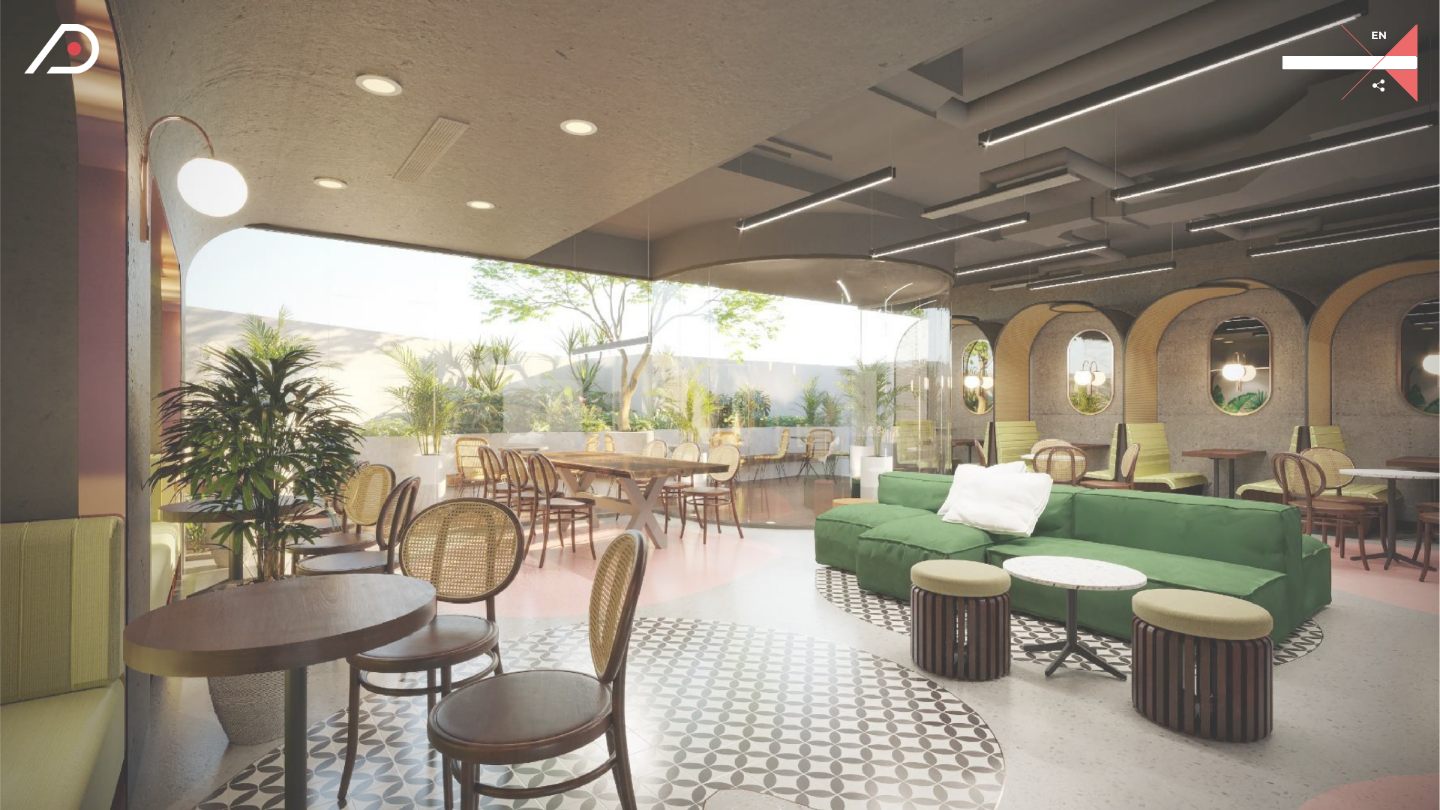
Repository: iphoneboy46/demoMonaFigma
Page: index.html
The author's editor kept a copy of each file at every save. The page is drawn from the files as they stood at one save, then again after a run of saves.
The browser window is 1280 px wide. The page is 1920 px wide, so the pictures cover 1920 px, including what lies to the right of the window. The pictures show the whole page, at 75% of full size.
Some web libraries are served in a nearby version.

Above is the page before, as saved 2023-03-20 12:48:51.

### index.html
<!DOCTYPE html>
<html lang="en">
  <head>
    <meta charset="UTF-8" />
    <meta http-equiv="X-UA-Compatible" content="IE=edge" />
    <meta name="viewport" content="width=device-width, initial-scale=1.0" />
    <title>Demo Page</title>
    <link rel="stylesheet" href="style.css" />
    <link rel="preconnect" href="https://fonts.googleapis.com" />
    <link rel="preconnect" href="https://fonts.gstatic.com" crossorigin />
    <link
      href="https://fonts.googleapis.com/css2?family=Montserrat:wght@400;700&display=swap"
      rel="stylesheet"
    />
    <link
      rel="stylesheet"
      href="https://cdnjs.cloudflare.com/ajax/libs/font-awesome/6.3.0/css/all.min.css"
      integrity="sha512-SzlrxWUlpfuzQ+pcUCosxcglQRNAq/DZjVsC0lE40xsADsfeQoEypE+enwcOiGjk/bSuGGKHEyjSoQ1zVisanQ=="
      crossorigin="anonymous"
      referrerpolicy="no-referrer"
    />
  </head>
  <body>
    <header>
      <div class="header_top">
        <div class="header_top-logo">
          <img src="image/Layer 2 1.png" alt="" />
        </div>
        <div class="header_top-menu">
          <ul class="header_top-menu--list">
            <li class="header_top-menu--items">
              <div class="arrow-down">
                <div class="header_menu--item-1">EN</div>
              </div>
            </li>
            <li class="header_top-menu--items">
              <div class="arrow-right">
                <input  type="text">
                <i class="fa-solid fa-magnifying-glass header_menu--item-2"></i>
              </div>
            </li>
            <li class="header_top-menu--items">
              <div class="arrow-left">
                <i class="fa-solid fa-bars header_menu--item-3"></i>
              </div>
            </li>
            <li class="header_top-menu--items">
              <div class="arrow-up">
                <img
                  class="header_menu--item-4"
                  src="image/path2191.png"
                  alt=""
                />
              </div>
            </li>
          </ul>
        </div>
      </div>
    </header>
    <script src="index.js"></script>
  </body>
</html>

### style.css
* {
    padding: 0;
    margin: 0;
    box-sizing: border-box;
}

body {
    width: 1920px;
    margin: 0 auto;
}

:root {
    --color-main: #e84545;
}

header {
    width: 1920px;
    height: 1080px;
    background: url(./image/img-pip@2x\ 1.png);
    background-size: 100%;
    background-repeat: no-repeat;
    opacity: 80%;
    z-index: 1;
    font-family: "Montserrat", sans-serif;
}

header::after {
    content: "";
    width: 100%;
    height: 100%;
    background-image: radial-gradient(rgba(0, 0, 0, 0) 0%, #000000 100%);
    z-index: 10;
}

.header_top {
    display: flex;
    justify-content: space-between;
    padding: 32px;
}
.header_top-logo {
}

.header_top-menu--list {
    color: white;
    list-style: none;
    position: relative;
    padding-right: 50px;
}

.header_top-menu--list::before {
    content: "";
    display: block;
    position: absolute;
    width: 141px;
    height: 1px;
    top: 0px;
    left: -120px;
    transform: rotate(45deg) translate(50%, 50%);
    background-color: var(--color-main);
}

.header_top-menu--list::after {
    content: "";
    display: block;
    position: absolute;
    width: 141px;
    height: 1px;
    top: 100px;
    left: -120px;
    transform: rotate(-45deg) translate(50%, 50%);
    background-color: var(--color-main);
}

.header_top-menu--items {
    position: relative;
    cursor: pointer;
}



.arrow-down {
    width: 0;
    height: 0;
    z-index: 1;
    border-top: 52px solid transparent;
    border-right: 52px solid transparent;
    border-left: 52px solid transparent;
    position: absolute;
    left: -104px;
    top: -26px;
    transform: translate(50%, 50%);
    transition: all linear 0.5s;

}

/* .header_top-menu--items:hover > .arrow-down{
    border-top: 52px solid red;
} */

.arrow-up {
    width: 0;
    height: 0;
    border-bottom: 52px solid transparent;
    border-right: 52px solid transparent;
    border-left: 52px solid transparent;
    position: absolute;
    transform: translate(50%, 50%);
    left: -103px;
    top: 25px;

    transition: all linear 0.5s;
}

/* .header_top-menu--items:hover > .arrow-up{
    border-bottom: 52px solid red;
} */

.arrow-left {
    width: 0;
    height: 0;
    border-top: 52px solid transparent;
    border-bottom: 52px solid transparent;
    border-left: 52px solid transparent;
    position: absolute;
    transform: translate(50%, 50%);
    top: -50px;
    left: -75px;
    transition: all linear 0.5s;

}
/*
.header_top-menu--items:hover > .arrow-left{
    border-left: 52px solid red;
} */

.arrow-right {
    width: 0;
    height: 0;
    border-top: 52px solid transparent;
    border-bottom: 52px solid transparent;
    border-right: 52px solid #E84545;
    position: absolute;
    right: -52px;

    transition: all linear 0.5s;

}

.arrow-right > input{
    position: absolute;
    top: -10px;
    right: -52px;

}

/* .header_top-menu--items:hover > .arrow-right{
    border-right: 52px solid red;
} */

.header_menu--item-1 {


    position: absolute;
    top: -85px;
    left: -50px;
    transform: translate(50%, 50%);
    color: white;
    font-size: 14px;
    font-weight: 700;
    padding: 15px;
    z-index: 10;
}

.header_menu--item-2 {
    position: absolute;
    top: -45px;
    left: -80px;
    transform: translate(50%, 50%);
    color: white;

    font-size: 14px;
    font-weight: 700;
    padding: 15px;
    z-index: 10;
}

.header_menu--item-3 {
    position: absolute;
    top: -45px;
    right: -35px;
    transform: translate(50%, 50%);
    color: white;
    font-size: 14px;
    font-weight: 700;
    padding: 15px;
    z-index: 10;
}

.header_menu--item-4 {
    position: absolute;


    top: -15px;
    left: -47px;
    transform: translate(50%, 50%);
    color: white;
    font-size: 14px;
    font-weight: 700;
    padding: 15px;
    z-index: 10;
}

Loaded but not shown: index.js (no stored copy; drawn as an empty file)

After the next 2 saves:
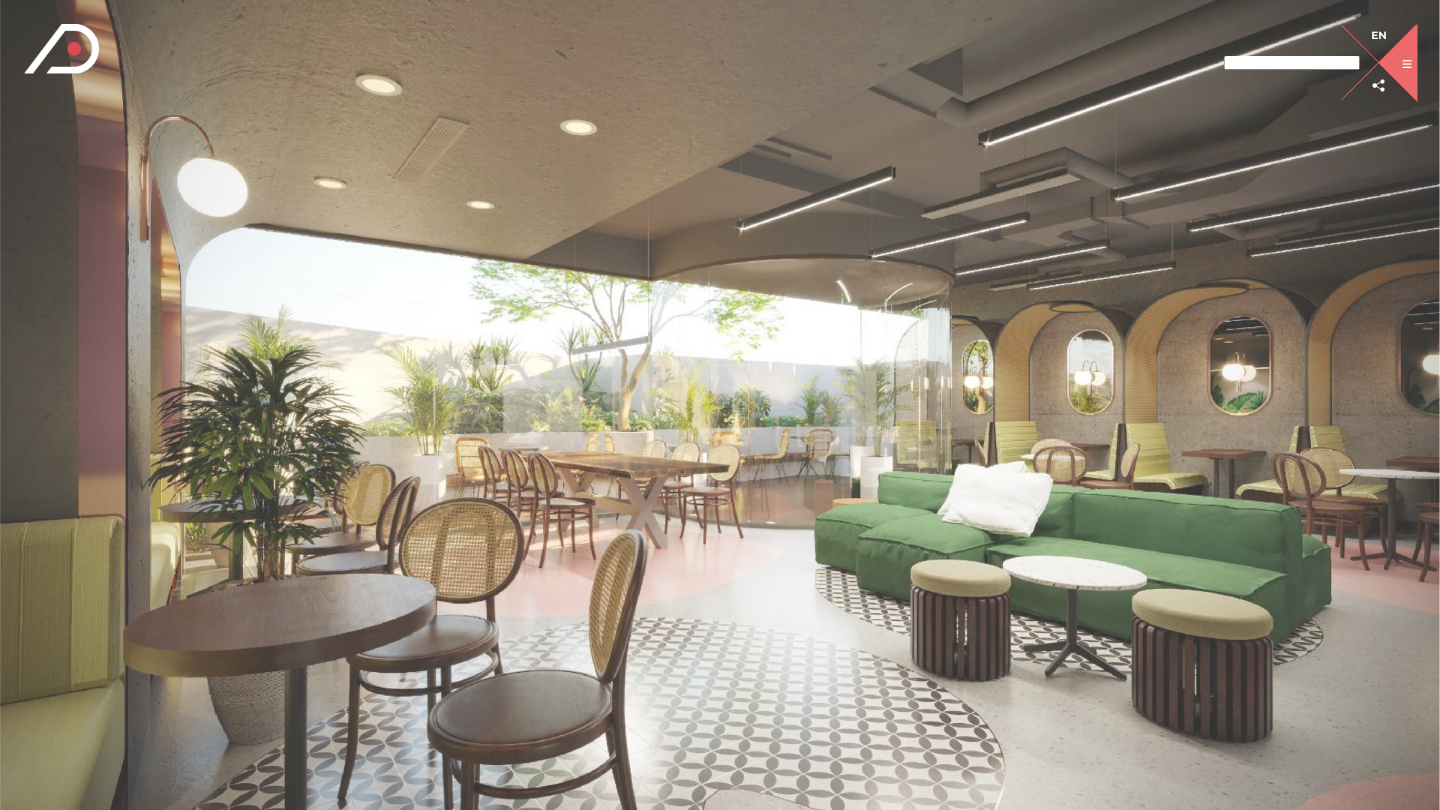
The 2 saves are shown as one change because they came seconds apart.
The last was saved 35 s later.
--- a/style.css
+++ b/style.css
@@ -149,7 +149,7 @@ header::after {
 .arrow-right > input{
     position: absolute;
     top: -10px;
-    right: -52px;
+    right: 25px;
 
 }
 
